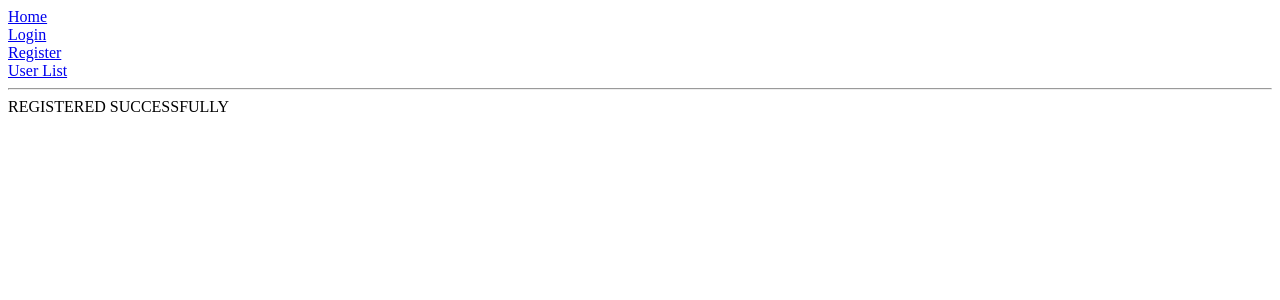
Repository: Kaustubh-Kallianpur/Practise-Programs
Page: http://localhost/pureJDBC/Register
These files come from the project's save history. The page is drawn as it stood at one moment and after the next save; the edit follows.
The browser window is 1280 px wide. The pictures show the whole page.
The page is served by Tomcat 9. Queries for data that is not in the repository find no rows.

Above is the page before, as saved 2017-04-05 08:32:38.

### pureJDBC/WebContent/index.jsp
<%@ page language="java" contentType="text/html; charset=ISO-8859-1"
    pageEncoding="ISO-8859-1"%>
<!DOCTYPE html>
<html>
<head>
<meta http-equiv="Content-Type" content="text/html; charset=ISO-8859-1">
<title>Home - JDBC</title>
</head>
<body>
	<a href="index.jsp">Home</a><br>
	<a href="login.jsp">Login</a><br>
	<a href="register.jsp">Register</a><br>
	<a href="users.jsp">User List</a><br>
<hr>
${success}
</body>
</html>

### pureJDBC/src/main/java/controller/Register.java
package controller;

import java.io.IOException;

import javax.servlet.RequestDispatcher;
import javax.servlet.ServletException;
import javax.servlet.annotation.WebServlet;
import javax.servlet.http.HttpServlet;
import javax.servlet.http.HttpServletRequest;
import javax.servlet.http.HttpServletResponse;

import DAO.UserDAO;
import model.User;

@WebServlet("/Register")
public class Register extends HttpServlet {
	private static final long serialVersionUID = 1L;

    /**
     * @see HttpServlet#HttpServlet()
     */
    public Register() {
        super();
        // TODO Auto-generated constructor stub
    }

	/**
	 * @see HttpServlet#doGet(HttpServletRequest request, HttpServletResponse response)
	 */
	protected void doGet(HttpServletRequest request, HttpServletResponse response) throws ServletException, IOException
	{
		String username = request.getParameter("username");
		String name = request.getParameter("name");
		String mobile = request.getParameter("mobile");
		String email = request.getParameter("email");
		String password = request.getParameter("password");

		System.out.println("Username -"+username);

		User user = new User();
		user.setUsername(username);
		user.setName(name);
		user.setMobile(mobile);
		user.setEmail(email);
		user.setPassword(password);

		UserDAO userDAO = new UserDAO();
		boolean value = userDAO.addUser(user);
		System.out.println(value);
		request.setAttribute("success", "REGISTERED SUCCESSFULLY");
		RequestDispatcher rd = request.getRequestDispatcher("index.jsp");
		rd.forward(request, response);
		response.getWriter().append("Served at: ").append(request.getContextPath());
	}
	protected void doPost(HttpServletRequest request, HttpServletResponse response) throws ServletException, IOException
	{
		doGet(request, response);
	}

}

### pureJDBC/src/main/java/model/User.java
package model;

public class User
{
	private String username;
	private String name;
	private String mobile;
	private String email;
	private String password;


	public String getUsername() {
		return username;
	}
	public void setUsername(String username) {
		this.username = username;
	}
	public String getName() {
		return name;
	}
	public void setName(String name) {
		this.name = name;
	}
	public String getMobile() {
		return mobile;
	}
	public void setMobile(String mobile) {
		this.mobile = mobile;
	}
	public String getEmail() {
		return email;
	}
	public void setEmail(String email) {
		this.email = email;
	}
	public String getPassword() {
		return password;
	}
	public void setPassword(String password) {
		this.password = password;
	}
}

### pureJDBC/src/main/java/DAO/UserDAO.java
package DAO;

import java.sql.Connection;
import java.sql.PreparedStatement;

import connection.DBConnection;
import model.User;

public class UserDAO
{
	public Connection connection;

	public UserDAO()
	{
		try
		{
			connection = DBConnection.getConnection();
			System.out.println("CONNECTION ESTABLISHED");
		}
		catch(Exception e)
		{
			System.out.println("ERROR");
			e.printStackTrace();
		}
	}

	public boolean addUser(User user)
	{
		try
		{
			PreparedStatement pst = connection.prepareStatement("INSERT INTO USER VALUES(?,?,?,?,?);");
			pst.setString(1, user.getUsername());
			pst.setString(2, user.getName());
			pst.setString(3, user.getMobile());
			pst.setString(4, user.getEmail());
			pst.setString(5, user.getPassword());
			int count = pst.executeUpdate();
				if(count > 0)
					return true;
				else
					return false;
		}

		catch(Exception e)
		{
			System.out.println("ERROR ADDING USER");
			e.printStackTrace();
			return false;
		}
	}
}

### pureJDBC/src/main/java/connection/DBConnection.java
package connection;

import java.sql.Connection;
import java.sql.DriverManager;


public class DBConnection
{

	public static Connection connection;

	public static Connection getConnection() throws Exception
	{
		Class.forName("org.h2.Driver");
		connection = DriverManager.getConnection("jdbc:h2:tcp://localhost/~/Practise", "Kaustubh", "");
		return connection;
	}

/*	public static void main(String[] args) throws Exception
	{
		connection = DBConnection.getConnection();
		if(connection==null)
			System.out.println("Connection Failure");
		else
			System.out.println("Connection Established");
	}
*/
}

After the next save:
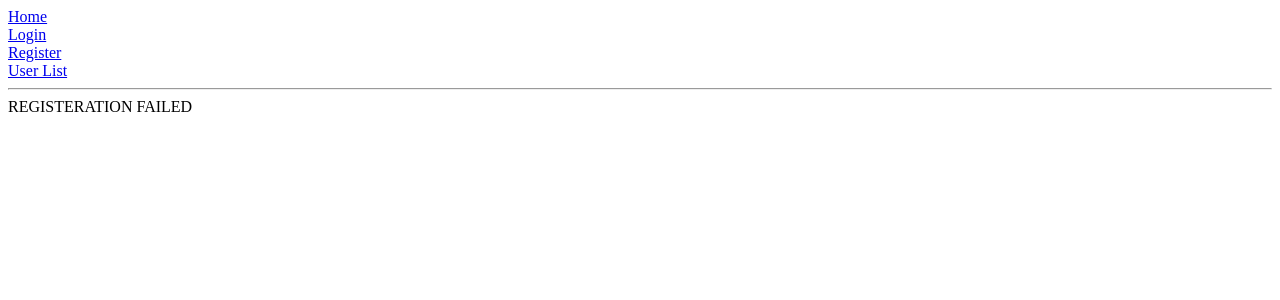
Saved 45 s later.
--- a/pureJDBC/src/main/java/controller/Register.java
+++ b/pureJDBC/src/main/java/controller/Register.java
@@ -47,7 +47,10 @@ public class Register extends HttpServlet {
 		UserDAO userDAO = new UserDAO();
 		boolean value = userDAO.addUser(user);
 		System.out.println(value);
-		request.setAttribute("success", "REGISTERED SUCCESSFULLY");
+		if(value)
+			request.setAttribute("success", "REGISTERED SUCCESSFULLY");
+		else
+			request.setAttribute("success", "REGISTERATION FAILED");
 		RequestDispatcher rd = request.getRequestDispatcher("index.jsp");
 		rd.forward(request, response);
 		response.getWriter().append("Served at: ").append(request.getContextPath());
